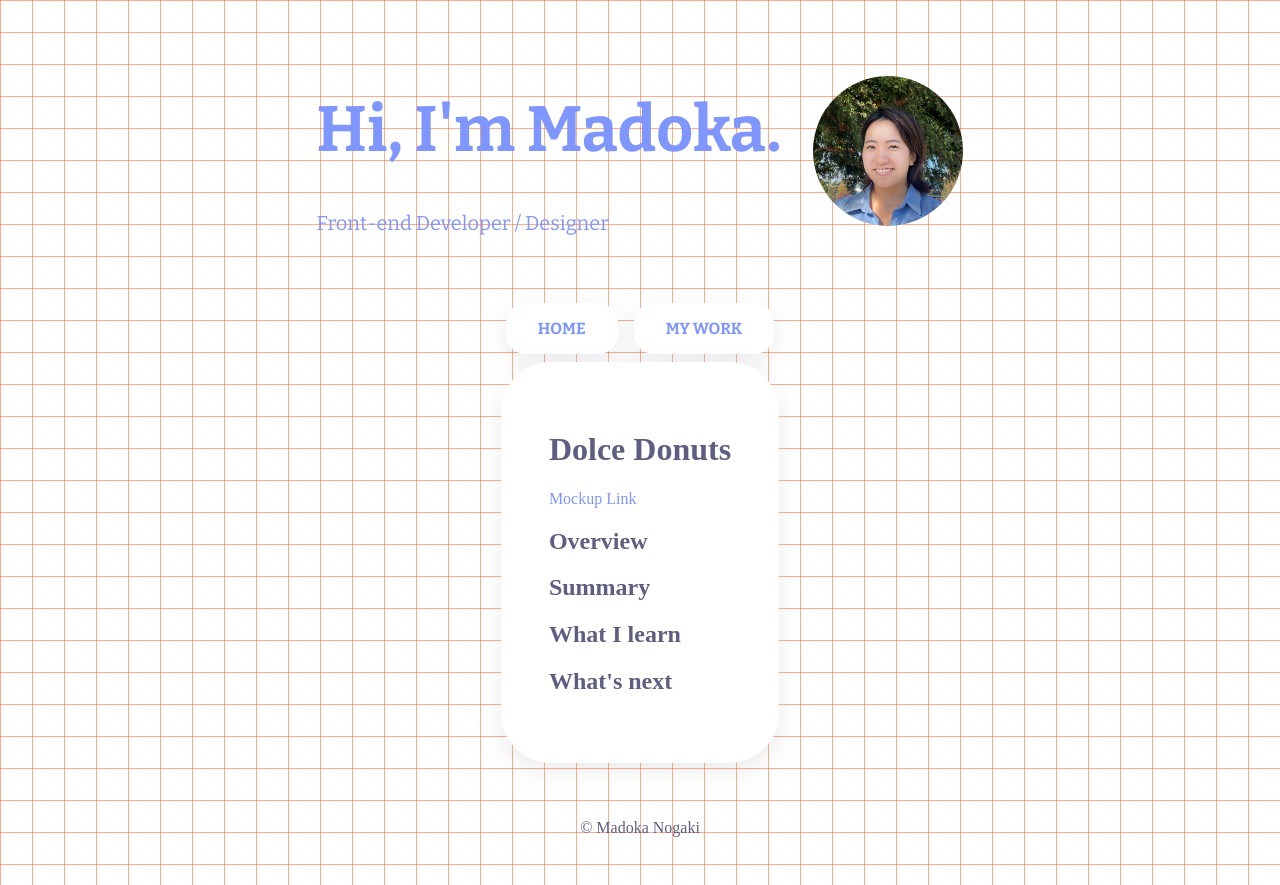
Repository: ohmaruko/portfolio
Page: /links/dolcedonuts
The author's editor kept a copy of each file at every save. The page is drawn from the files as they stood at one save, then again after the next save.
The browser window is 1280 px wide. The pictures show the whole page.
The project was rebuilt for these pictures with package versions that can differ from the ones it lists, and the page was loaded fresh each time. The framework's server and built-in components were replaced by stand-ins that run in the browser. Also part of the build but not shown: next.config.mjs.

Above is the page before, as saved 2024-02-18 00:52:51.

### pages/links/dolcedonuts.js
import styles from '/styles/Home.module.css'
import Header from '@/components/Header'
import Footer from '@/components/Footer'
import { Open_Sans } from 'next/font/google'
import Link from 'next/link'
import Box from '@/components/Box'

const openSans = Open_Sans ({subsets: ['latin']})

export default function Works() {
  return (
    <>

      <head>
        <title>Madoka Nogaki Portfolio</title>
        <meta name="description" content="Portfolio page" />
        <meta name="viewport" content="width=device-width, initial-scale=1" />
        <link rel="icon" href="/favicon.png" />
      </head>

      <div className={styles.container}>
        <Header className={openSans.className}/>
        <main className={styles.donuts}>
          <Box content={
            <div>
              <h1>Dolce Donuts</h1>
              <Link href="https://www.figma.com/proto/l18aumka9I3yuIv8W5JcGA/DolceDonuts---SET-H?type=design&t=HifTad7UBqVbb5vI-1&scaling=scale-down-width&page-id=0%3A1&node-id=1-16&starting-point-node-id=1%3A16&mode=design"
                target='_blank' style={{textDecoration: 'none', color: 'var(--blue)'}}>Mockup Link</Link>
              <h2>Overview</h2>
              <h2>Summary</h2>
              <h2>What I learn</h2>
              <h2>What's next</h2>
            </div>
          }/>
        </main>

        <div className={styles.outerContainer}>
          <Footer />
        </div>
      </div>

    </>
  )
}

### styles/globals.css
:root {
  --orange: #FF5714;
  --light-orange: rgba(255, 87, 20, 0.5);
  --blue: #7F96FF;
  --white: #fff;
  --text: #5e5e83;
  color: #5e5e83;

  --medium-font: 20px;
}

body {
  margin: 0;
  background-image:
    linear-gradient(to right, var(--light-orange) 1px, transparent 1px),
    linear-gradient(to bottom, var(--light-orange) 1px, transparent 1px);
  background-size: 2em 2em;
}

p {
  font-size: 16px;
}

### styles/Home.module.css
.container {
  display: flex;
  flex-direction: column;
  align-items: center;
  min-height: 100vh;
  width: 100%;
}
.header {
  width: 70%;
}
.outerContainer {
  display: flex;
  width: 70%;
  justify-content: center;
  margin: 2em auto;
}
.box1 {
  flex: 1;
  flex-basis: 60%;
}
.box2 {
  flex: 1;
  flex-basis: 40%;
}
.link {
  text-decoration: none;
  color: var(--text);
  display: flex;
  align-items: center;
  gap: 1rem;
}
.logo {
  fill: var(--blue);
}
.skill {
  display: flex;
  gap: 1rem;
}
.footer {
  margin: 2rem;
}
.works {
  margin: 2rem;
  width: 70%;
  display: flex;
  flex-wrap: wrap;
  justify-content: center;
}
.hair h1{
  color: var(--blue);
}
.logoContainer {
  display: flex;
  flex-direction: column;
}
.logoInner{
  display: flex;
  justify-content: space-evenly;
}
.film a{
  text-decoration: none;
  color: var(--blue);
}
/* mobile */
/* @media (max-width: 800px){

} */

### components/Header/index.js
import styles from './Header.module.css'
import Image from 'next/image'
import Link from 'next/link'
import { Bitter } from 'next/font/google'
const bitter = Bitter ({subsets: ['latin']})

export default function Header() {
    return (
        <header className={`${styles.header}, ${bitter.className}`}>
            <div className={styles.banner}>
                <div>
                    <h1>Hi, I'm Madoka.</h1>
                    <p style={{fontSize:"var(--medium-font)"}}>Front-end Developer / Designer</p>
                </div>
                <Image src="/images/profile.png" alt="profile image" width={150} height={150} className={styles.img} />
            </div>
            <div className={styles.menu}>
                <Link href='/'>HOME</Link>
                <Link href='/works'>MY WORK</Link>
            </div>
        </header>

    )
}

### components/Footer/index.js
import styles from "./Footer.module.css"

export default function Footer() {
    return (
        <>
            <p>&copy; Madoka Nogaki</p>
        </>
    )
}

### components/Box/index.js
import styles from "./Box.module.css"

export default function Box({
    title,
    content,
}) {
    return (
        <div className={styles.box} style={{}}>
            <h2 style={{color: "var(--blue)"}}>{title}</h2>
            {content}
        </div>
    )
}

### components/Header/Header.module.css
.header {
    width: 100%;
}
.banner {
    font-size: 2em;
    color: var(--blue);
    display: flex;
    justify-content: center;
    align-items: center;
    gap: 2rem;
    margin: 3rem 0;
}
.img {
    border-radius: 50%;
}
.menu {
    display: flex;
    justify-content: center;
    gap: 1rem;
}
.menu a {
    text-decoration: none;
    color: var(--blue);
    font-weight: bold;
    background-color: var(--white);
    box-shadow: rgba(149, 157, 165, 0.2) 0px 8px 24px;
    border-radius: 20px;
    padding: 1rem 2rem;
}

### components/Box/Box.module.css
.box {
    background-color: var(--white);
    padding: 3em;
    margin: 0.5em;
    border-radius: 50px;
    box-shadow: rgba(149, 157, 165, 0.2) 0px 8px 24px;
}

Loaded but not shown: pages/_app.js (common file); pages/_document.js (common file); components/Footer/Footer.module.css (no stored copy; drawn as an empty file)

After the next save:
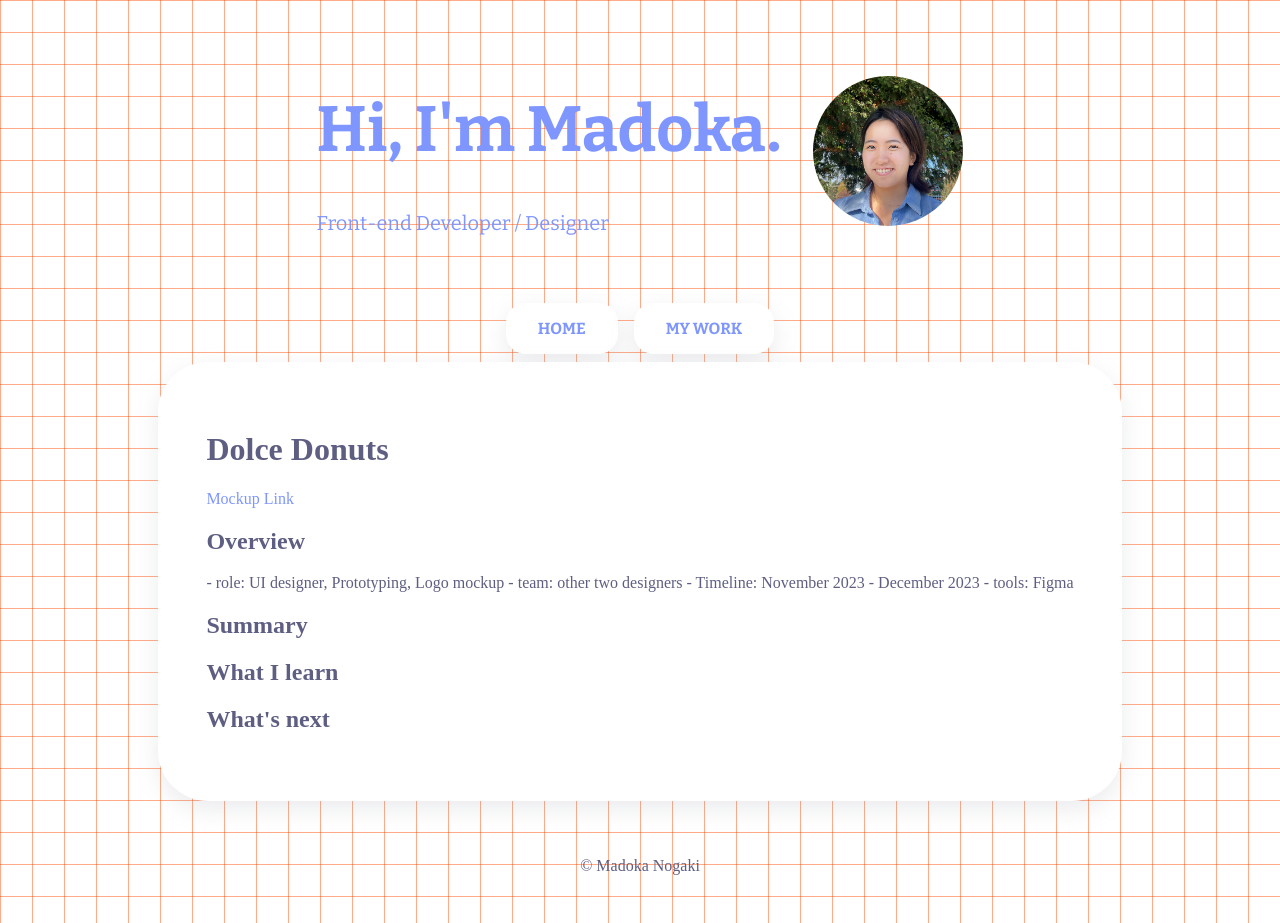
Saved 21 s later.
--- a/pages/links/dolcedonuts.js
+++ b/pages/links/dolcedonuts.js
@@ -27,6 +27,12 @@
               <Link href="https://www.figma.com/proto/l18aumka9I3yuIv8W5JcGA/DolceDonuts---SET-H?type=design&t=HifTad7UBqVbb5vI-1&scaling=scale-down-width&page-id=0%3A1&node-id=1-16&starting-point-node-id=1%3A16&mode=design"
                 target='_blank' style={{textDecoration: 'none', color: 'var(--blue)'}}>Mockup Link</Link>
               <h2>Overview</h2>
+              <p>
+              - role: UI designer, Prototyping, Logo mockup
+- team: other two designers
+- Timeline: November 2023 - December 2023
+- tools: Figma
+              </p>
               <h2>Summary</h2>
               <h2>What I learn</h2>
               <h2>What's next</h2>

After the 3 saves that followed:
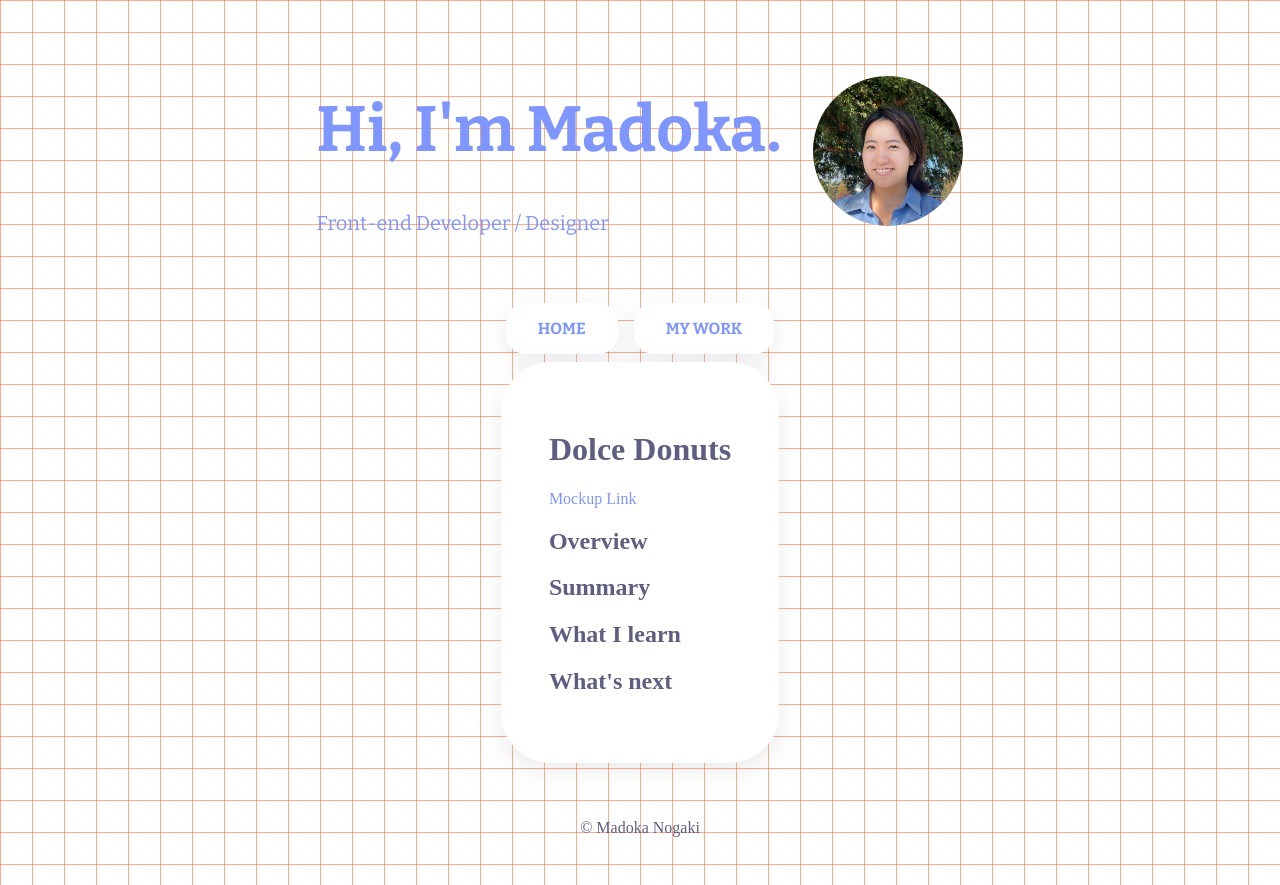
The 3 saves are shown as one change because they came seconds apart.
The last was saved 8 s later.
--- a/pages/links/dolcedonuts.js
+++ b/pages/links/dolcedonuts.js
@@ -27,12 +27,7 @@
               <Link href="https://www.figma.com/proto/l18aumka9I3yuIv8W5JcGA/DolceDonuts---SET-H?type=design&t=HifTad7UBqVbb5vI-1&scaling=scale-down-width&page-id=0%3A1&node-id=1-16&starting-point-node-id=1%3A16&mode=design"
                 target='_blank' style={{textDecoration: 'none', color: 'var(--blue)'}}>Mockup Link</Link>
               <h2>Overview</h2>
-              <p>
-              - role: UI designer, Prototyping, Logo mockup
-- team: other two designers
-- Timeline: November 2023 - December 2023
-- tools: Figma
-              </p>
+              <p></p>
               <h2>Summary</h2>
               <h2>What I learn</h2>
               <h2>What's next</h2>
